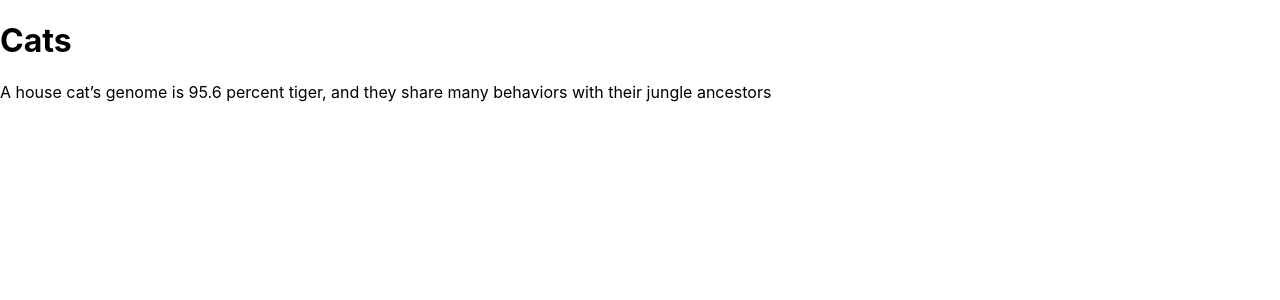
Repository: technogize/next-test-site
Page: /animals/cats
These files come from the project's save history. The page is drawn as it stood at one moment and after the next save; the edit follows.
The browser window is 1280 px wide. The pictures show the whole page.
The project was rebuilt for these pictures with package versions that can differ from the ones it lists, and the page was loaded fresh each time. The framework's server and built-in components were replaced by stand-ins that run in the browser.

Above is the page before, as saved 2021-10-02 08:53:14.

### pages/animals/cats.js
import React from 'react'

const Cats = () => {
    return (
        <div>
            <h1>Cats</h1>
            <p>A house cat’s genome is 95.6 percent tiger, and they share many behaviors with their jungle ancestors</p>
        </div>
    )
}

export default Cats

Loaded but not shown: pages/_app.js (common file); styles/globals.css (common file)

After the next save:
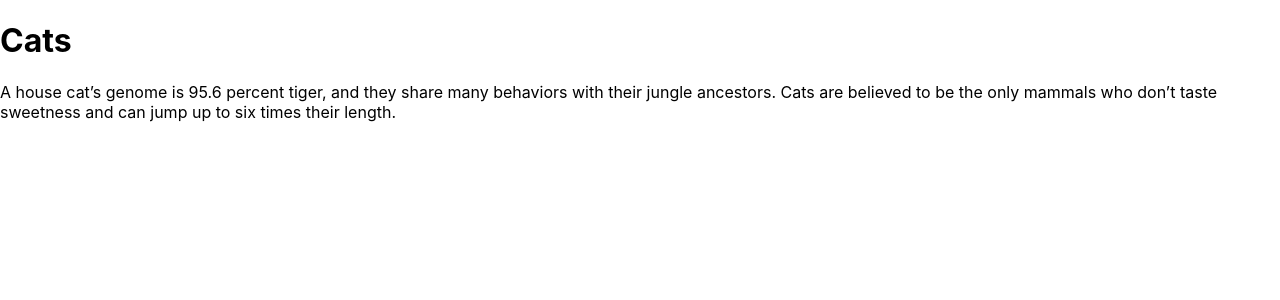
Saved 32 s later.
--- a/pages/animals/cats.js
+++ b/pages/animals/cats.js
@@ -4,7 +4,7 @@ const Cats = () => {
     return (
         <div>
             <h1>Cats</h1>
-            <p>A house cat’s genome is 95.6 percent tiger, and they share many behaviors with their jungle ancestors</p>
+            <p>A house cat’s genome is 95.6 percent tiger, and they share many behaviors with their jungle ancestors. Cats are believed to be the only mammals who don’t taste sweetness and can jump up to six times their length.</p>
         </div>
     )
 }
